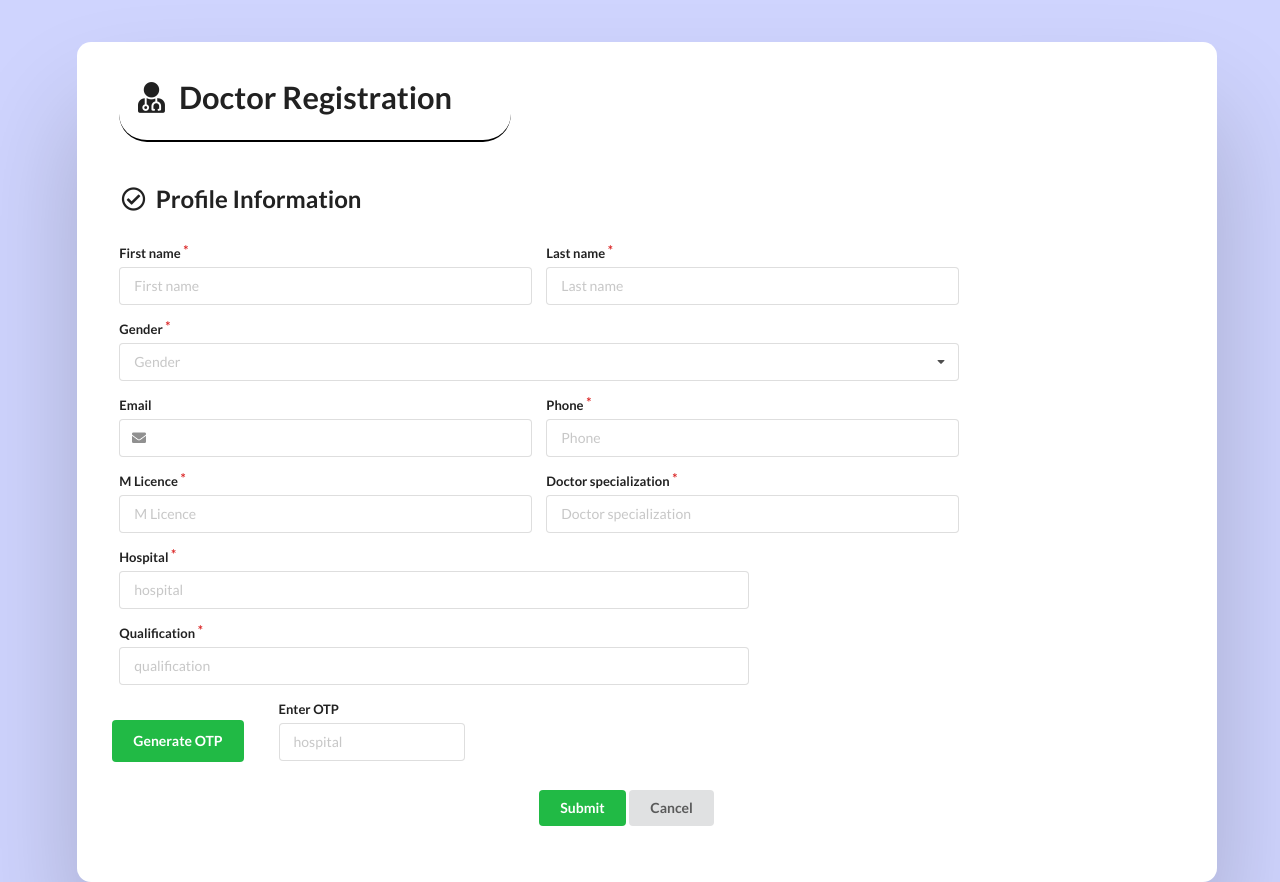
Repository: ajayaj2001/healthcare-digitization
Page: /doctorRegister
These files come from the project's save history. The page is drawn as it stood at one moment and after the next save; the edit follows.
The browser window is 1280 px wide. The pictures show the whole page.
The project was rebuilt for these pictures with package versions that can differ from the ones it lists, and the page was loaded fresh each time. Also part of the build but not shown: src/component/userType/UserType.scss, src/component/userType/UserType.js, src/component/login/Login.scss, src/component/login/loginForm/LoginForm.scss, src/component/login/loginForm/LoginForm.js, src/component/login/Login.js, src/component/register/Register.scss, src/component/register/registerForm/RegisterForm.scss and 2 more.

Above is the page before, as saved 2021-03-13 13:50:13.

### public/index.html
<!DOCTYPE html>
<html lang="en">

<head>
  <meta charset="utf-8" />
  <meta name="viewport" content="width=device-width, initial-scale=1" />
  <meta name="theme-color" content="#000000" />
  <meta name="description" content="Web site created using create-react-app" />
  <link rel="stylesheet" href="https://fonts.googleapis.com/css?family=Roboto:300,400,500,700&display=swap" />
  <link rel="stylesheet" href="https://fonts.googleapis.com/icon?family=Material+Icons" />

  <!--
      manifest.json provides metadata used when your web app is installed on a
      user's mobile device or desktop. See https://developers.google.com/web/fundamentals/web-app-manifest/
    -->
  <!-- <link rel="manifest" href="%PUBLIC_URL%/manifest.json" /> -->
  <!--
      Notice the use of %PUBLIC_URL% in the tags above.
      It will be replaced with the URL of the `public` folder during the build.
      Only files inside the `public` folder can be referenced from the HTML.

      Unlike "/favicon.ico" or "favicon.ico", "%PUBLIC_URL%/favicon.ico" will
      work correctly both with client-side routing and a non-root public URL.
      Learn how to configure a non-root public URL by running `npm run build`.
    -->
  <title>medical</title>
</head>

<body>
  <noscript>You need to enable JavaScript to run this app.</noscript>
  <div id="root"></div>
  <!--
      This HTML file is a template.
      If you open it directly in the browser, you will see an empty page.

      You can add webfonts, meta tags, or analytics to this file.
      The build step will place the bundled scripts into the <body> tag.

      To begin the development, run `npm start` or `yarn start`.
      To create a production bundle, use `npm run build` or `yarn build`.
    -->
</body>

</html>

### src/index.js
import React from 'react';
import ReactDOM from 'react-dom';
import './index.scss';
import App from './component/app/App';
import 'semantic-ui-css/semantic.min.css'


ReactDOM.render(
  // <React.StrictMode>
    <App />
  // </React.StrictMode>
  ,
  document.getElementById('root')
);

### src/index.scss
code {
  font-family: source-code-pro, Menlo, Monaco, Consolas, "Courier New", monospace;
}
@mixin respond($breakpoint) {
  @if $breakpoint == phone {
    @media (max-width: 37.5em) {
      @content;
    }
  }

  @if $breakpoint == tab-land {
    @media (max-width: 75em) {
      @content;
    }
  }
  @if $breakpoint == tab-port {
    @media (max-width: 56.25em) {
      @content;
    }
  }
  @if $breakpoint == big-desktop {
    @media (min-width: 112.5em) {
      @content;
    }
  }
}

*,
*::after,
*::before {
  margin: 0;
  padding: 0;
  box-sizing: inherit;
}
body {
  font-family: "Lato", sans-serif;
  font-weight: 400;
  font-size: 16px;
  line-height: 1.7;
  color: #777;
  //padding: 30px;
  box-sizing: border-box;
  @include respond(tab-port) {
    padding: 0;
  }
}

html {
  font-size: 62.5%; //1rem=10px 10px/16px=62.5%
  @include respond(tab-land) {
    //width <1200
    font-size: 56.25%; //1rem=9px
  }
  @include respond(tab-port) {
    //<width <900
    font-size: 50%; //1rem=8px
  }
  // @include respond(phone) {
  //     //<width<600
  //     font-size: 40%; //1rem=4.8px
  // }
  @include respond(big-desktop) {
    //>1200
    font-size: 75%; //1rem=12
  }
}

### src/component/app/App.js
import './App.scss';

import UserType from "../userType/UserType";
import Login from '../login/Login';
import Register from '../register/Register';
import { BrowserRouter as Router,Route,Switch } from 'react-router-dom';
import DoctorRegister from '../doctorRegister/DoctorRegister';

function App() {
  return (
    <Router>
       <Switch>
          <Route path="/login">
           <Login/>
          </Route>
          <Route path="/register">
           <Register/>
          </Route>
          <Route path="/doctorRegister">
            <DoctorRegister/>
          </Route>
          <Route path="/">
            <UserType/>
          </Route>

        </Switch>
    {/* <div className="App">
    </div> */}
    </Router>
  );
}

export default App;

### src/component/doctorRegister/DoctorRegister.js
import React from 'react'
import './DoctorRegister.scss'
import DoctorRegisterForm from './doctorRegisterForm/DoctorRegisterForm'
import {  Icon } from 'semantic-ui-react'

const DoctorRegister = () => {
    return (
        <div className="doctorRegister__container">
            <div className="doctorRegister__main">
                <h1 className="doctorRegister__heading"><Icon name="user doctor"/> Doctor Registration</h1>
                <div className="doctorRegister__subheading"><h2><Icon name="check circle outline"/> Profile Information</h2></div>
                <DoctorRegisterForm/>
            </div>
        </div>
    )
}

export default DoctorRegister

### src/component/doctorRegister/DoctorRegister.scss
.doctorRegister{
    &__container{
        margin: 0;
        background-color: #cfd4fe;
        height: 100%;
        display: flex;
        justify-content: center;
        align-items: center;
        padding: 3rem 0rem 0rem 1rem;
    }
    &__main{
        background-color: white;
        width: 90%;
        height: 100%;
        border-radius: 1rem;
        align-items: center;
        overflow: hidden;
        box-shadow: 0 5rem 8rem rgba(black, 0.2);
        padding: 1rem 3rem 3rem 3rem;
    }
   &__heading{
       font-size: 2.2rem;
       margin: 0rem 0rem 3rem 0rem;
       padding-left: 1rem;
       line-height: 6rem;
       border-bottom: .2rem solid black;
       width: 28rem;
       border-radius: 2rem;

   }
   &__subheading{
       margin-bottom: 2rem;
   }
}

### src/component/doctorRegister/doctorRegisterForm/DoctorRegisterForm.js
import React from 'react'
import { Icon ,Form,Button} from 'semantic-ui-react'
import './DoctorRegisterForm.scss'

const options = [
    { key: 'm', text: 'Male', value: 'male' },
    { key: 'f', text: 'Female', value: 'female' },
    { key: 'o', text: 'Other', value: 'other' },
  ]

const DoctorRegisterForm = () => {

const generateOtp=(event)=>{
    console.log(event);
}


    return (
        <div className="doctorRegisterForm">
            <Form>
    <Form.Group widths='equal'>

      <Form.Input
      fluid label='First name'
      placeholder='First name'
      required
      />
      <Form.Input
      fluid label='Last name'
      placeholder='Last name'
       required
       />

    </Form.Group>
    <Form.Select label="Gender" options={options} placeholder='Gender'  required/>
    <Form.Group widths='equal'>
      <Form.Input
                        fluid
                        id='form-subcomponent-shorthand-input-last-name'
                        label='Email'
                        icon="mail"
                        iconPosition="left"
                        type="email"
                        // onChange={(event) => setEmail(event.target.value)}
                        // value={email}
                    />
      <Form.Input label='Phone' placeholder='Phone' required/>
    </Form.Group>
    <Form.Group widths='equal'>

      <Form.Input
      fluid label='M Licence'
      placeholder='M Licence'
      required
      />
      <Form.Input
      fluid label='Doctor specialization'
      placeholder='Doctor specialization'
       required
       />

    </Form.Group>
    <Form.Input label='Hospital' placeholder='hospital' required  width={12}/>
    <Form.Input label='Qualification' placeholder='qualification' required width={12}/>
    <Form.Group>
    <Button positive onClick={event=>generateOtp(event)} className="doctorRegisterForm__button">Generate OTP</Button>
    <Form.Input label='Enter OTP' placeholder='hospital'   />
    </Form.Group>
    <Form.Group className="doctorRegisterForm__buttonPosition">
    <Button positive >Submit</Button>
    <Button type="submit" >Cancel</Button>
    </Form.Group>
  </Form>
        </div>
    )
}

export default DoctorRegisterForm

### src/component/doctorRegister/doctorRegisterForm/DoctorRegisterForm.scss
.doctorRegisterForm{
    &__heading{
        font-size: 1rem;
    }
    &__button{
        margin-top: 1.5rem !important;
        margin-right: 2rem !important;
      height: 3rem;
    }
    &__buttonPosition{
        margin-top: 2rem !important;
        margin-left: 50% !important;
    }
}

.ui.form{
    width: 60rem;
}

Loaded but not shown: src/component/app/App.scss (no stored copy; drawn as an empty file)

After the next save:
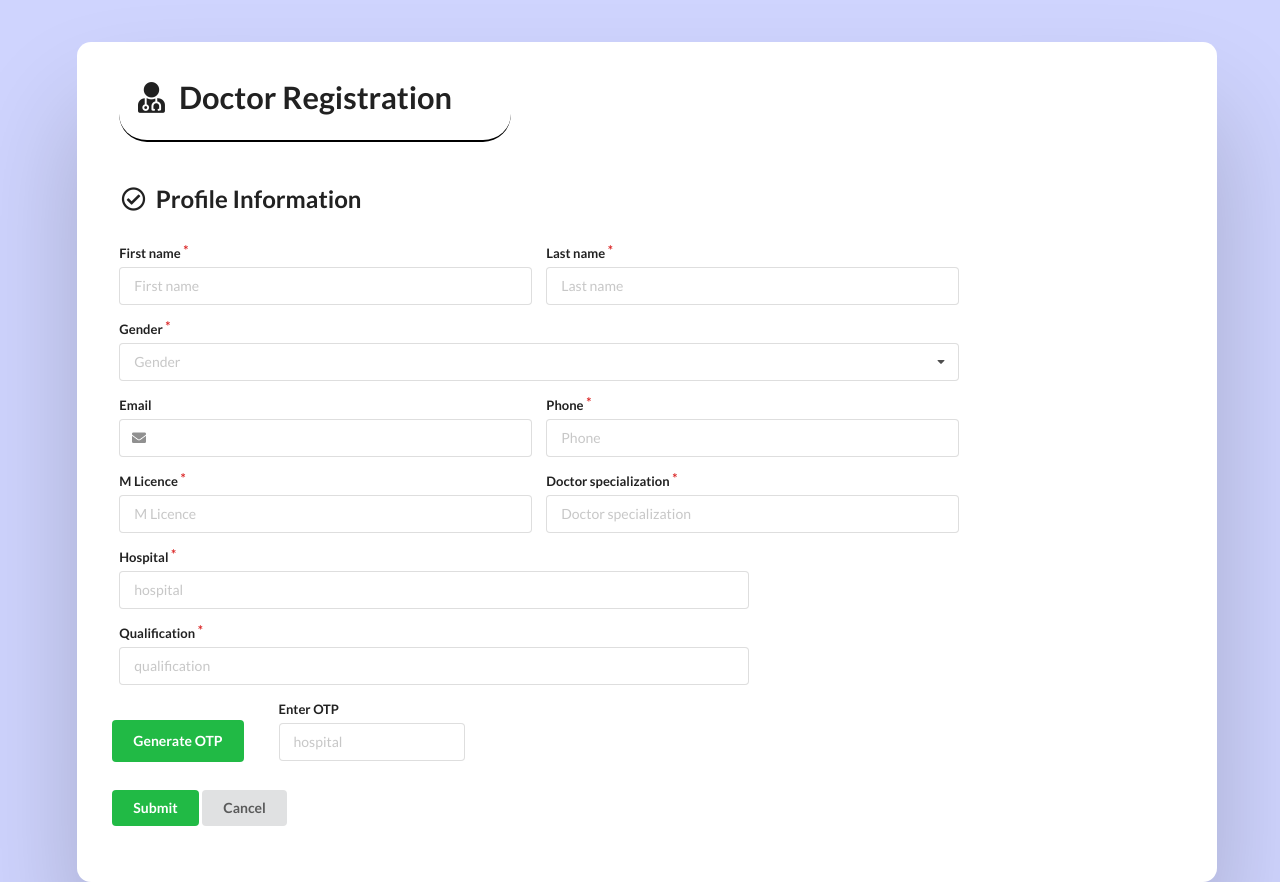
Saved 52 s later.
--- a/src/component/doctorRegister/doctorRegisterForm/DoctorRegisterForm.scss
+++ b/src/component/doctorRegister/doctorRegisterForm/DoctorRegisterForm.scss
@@ -9,7 +9,7 @@
     }
     &__buttonPosition{
         margin-top: 2rem !important;
-        margin-left: 50% !important;
+       // margin-left: 50% !important;
     }
 }
 
